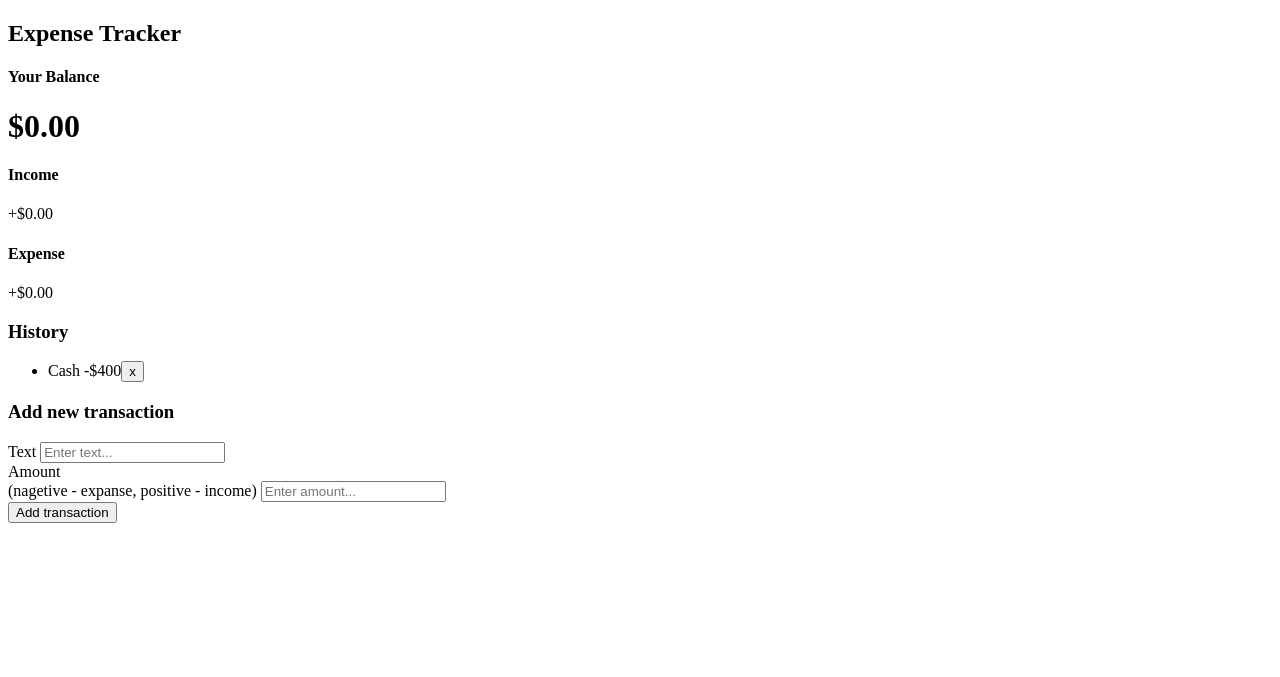
Repository: Youvelop/expenseTracker
Page: index.html
The author's editor kept a copy of each file at every save. The page is drawn from the files as they stood at one save, then again after the next save.
The browser window is 1280 px wide. The pictures show the whole page.

Above is the page before, as saved 2020-06-30 12:41:11.

### index.html
<!DOCTYPE html>
<html lang="en">
  <head>
    <meta charset="UTF-8" />
    <meta name="viewport" content="width=device-width, initial-scale=1.0" />
    <link rel="stylesheet" href="style.css" />
    <title>Expense Tracker</title>
  </head>
  <body>
    <h2>Expense Tracker</h2>

    <div class="container">
      <h4>Your Balance</h4>
      <h1 id="balance">$0.00</h1>

      <div class="inc-exp-container">
        <div>
          <h4>Income</h4>
          <p id="money-plus" class="money plus">+$0.00</p>
        </div>
        <div>
          <h4>Expense</h4>
          <p id="money-minus" class="money minus">+$0.00</p>
        </div>
      </div>

      <h3>History</h3>
      <ul id="list" class="list">
        <li class="minus">
          Cash <span>-$400</span><button class="delete-btn">x</button>
        </li>
      </ul>

      <h3>Add new transaction</h3>
      <form id="form">
        <div class="form-control">
          <label for="text">Text</label>
          <input type="text" id="text" placeholder="Enter text..." />
        </div>
        <div class="form-control">
          <label for="amount"
            >Amount <br />
            (nagetive - expanse, positive - income)</label
          >
          <input type="number" id="amount" placeholder="Enter amount..." />
        </div>
        <button class="btn">Add transaction</button>
      </form>
    </div>
    <script src="script.js"></script>
  </body>
</html>

### style.css
@import url('https://fonts.googleapis.com/css?family=Lato&display=swap');

:root {
  -box-shadow: 0 1px 3px rgba(0, 0, 0, 0.12), 0 1px 2px rgba(0, 0, 0, 0.24);
}

Loaded but not shown: script.js (no copy from this time; the picture is the same without it)

After the next save:
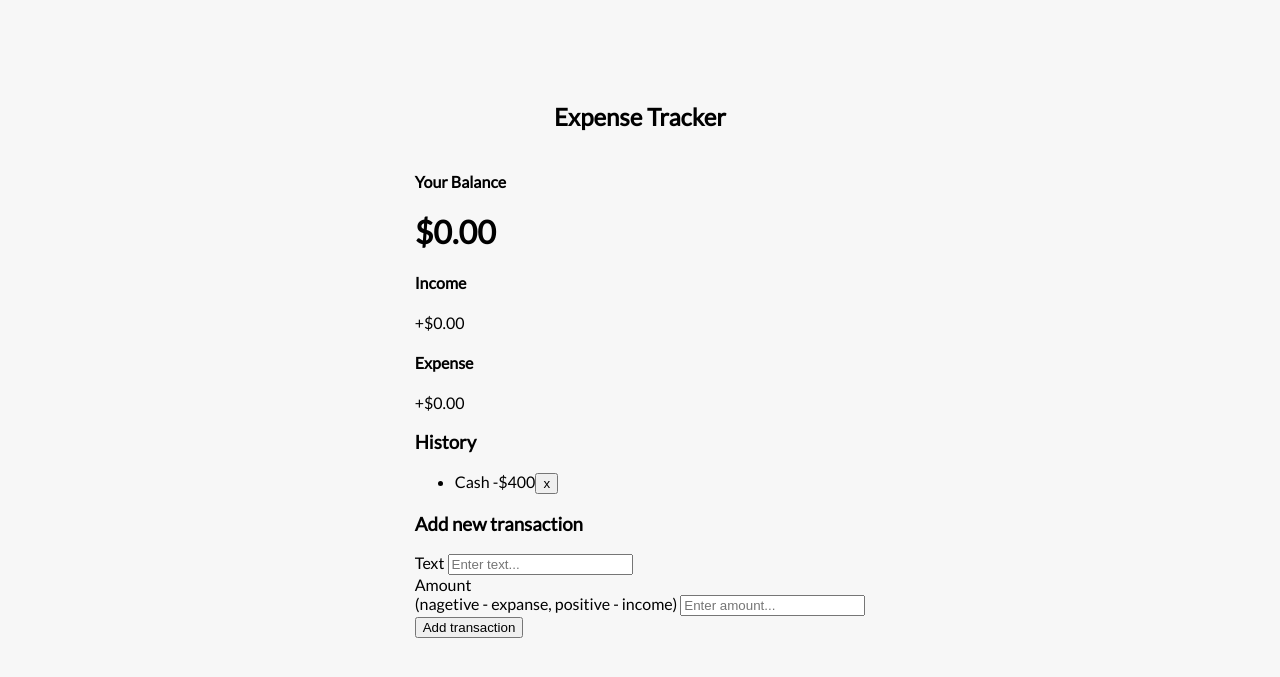
Saved 2 min 41 s later.
--- a/style.css
+++ b/style.css
@@ -3,3 +3,17 @@
 :root {
   -box-shadow: 0 1px 3px rgba(0, 0, 0, 0.12), 0 1px 2px rgba(0, 0, 0, 0.24);
 }
+
+* {
+  box-sizing: border-box;
+}
+body {
+  background-color: #f7f7f7;
+  display: flex;
+  flex-direction: column;
+  align-items: center;
+  justify-content: center;
+  min-height: 100vh;
+  margin: 0;
+  font-family: 'Lato', sans-serif;
+}
